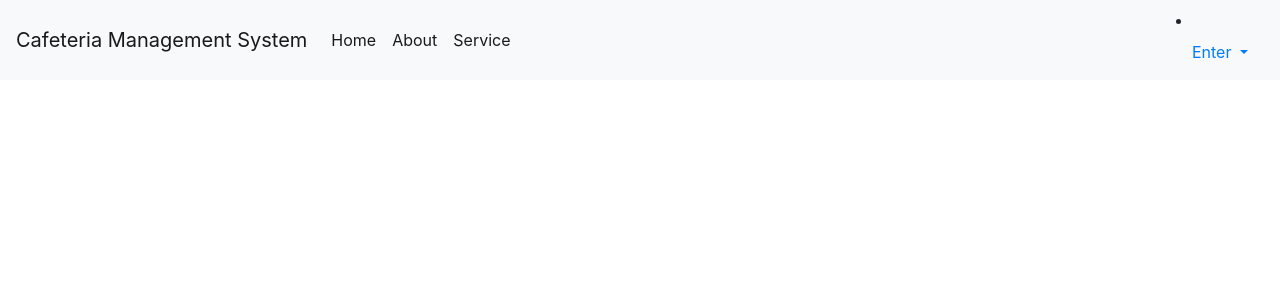
Repository: OsamaRaees/Trivia
Page: http://localhost/Trivia/
An editor plug-in stored every save of this project. The page is shown before and after the next save, followed by the edit.
The browser window is 1280 px wide. The pictures show the whole page.
The page is served by Tomcat 9. Other server files are loaded and not shown.

Above is the page before, as saved 2019-04-05 04:43:19.

### Trivia/WebContent/Main.jsp
<%@ page language="java" contentType="text/html; charset=ISO-8859-1"
    pageEncoding="ISO-8859-1"%>
<!DOCTYPE html>
<html>
<head>
<meta charset="ISO-8859-1">
<link rel="stylesheet" href="https://stackpath.bootstrapcdn.com/bootstrap/4.3.1/css/bootstrap.min.css" integrity="sha384-ggOyR0iXCbMQv3Xipma34MD+dH/1fQ784/j6cY/iJTQUOhcWr7x9JvoRxT2MZw1T" crossorigin="anonymous">
<title>Insert title here</title>
</head>
<body>

<nav class="navbar navbar-expand-lg navbar-light bg-light">
  <a class="navbar-brand" href="#">Cafeteria Management System </a>
  <button class="navbar-toggler" type="button" data-toggle="collapse" data-target="#navbarSupportedContent" aria-controls="navbarSupportedContent" aria-expanded="false" aria-label="Toggle navigation">
    <span class="navbar-toggler-icon"></span>
  </button>

  <div class="collapse navbar-collapse" id="navbarSupportedContent">
    <ul class="navbar-nav mr-auto">
      <li class="nav-item active">
        <a class="nav-link" href="#">Home <span class="sr-only">(current)</span></a>
      </li>

      <li class="nav-item active">
        <a class="nav-link" href="#">About <span class="sr-only">(current)</span></a>
      </li>

       <li class="nav-item active">
        <a class="nav-link" href="#">Service <span class="sr-only">(current)</span></a>
      </li>

    </ul>

    <li class="nav-item dropdown">
        <a class="nav-link dropdown-toggle" href="#" id="navbarDropdownMenuLink" role="button" data-toggle="dropdown" aria-haspopup="true" aria-expanded="false">
          Enter
        </a>
        <div class="dropdown-menu" aria-labelledby="navbarDropdownMenuLink">
          <a class="dropdown-item" href="#">Action</a>
          <a class="dropdown-item" href="#">Another action</a>
          <a class="dropdown-item" href="#">Something else here</a>
        </div>
      </li>

  </div>
</nav>

<script src="https://code.jquery.com/jquery-3.3.1.slim.min.js" integrity="sha384-q8i/X+965DzO0rT7abK41JStQIAqVgRVzpbzo5smXKp4YfRvH+8abtTE1Pi6jizo" crossorigin="anonymous"></script>
<script src="https://cdnjs.cloudflare.com/ajax/libs/popper.js/1.14.7/umd/popper.min.js" integrity="sha384-UO2eT0CpHqdSJQ6hJty5KVphtPhzWj9WO1clHTMGa3JDZwrnQq4sF86dIHNDz0W1" crossorigin="anonymous"></script>
<script src="https://stackpath.bootstrapcdn.com/bootstrap/4.3.1/js/bootstrap.min.js" integrity="sha384-JjSmVgyd0p3pXB1rRibZUAYoIIy6OrQ6VrjIEaFf/nJGzIxFDsf4x0xIM+B07jRM" crossorigin="anonymous"></script>
</body>
</html>

After the next save:
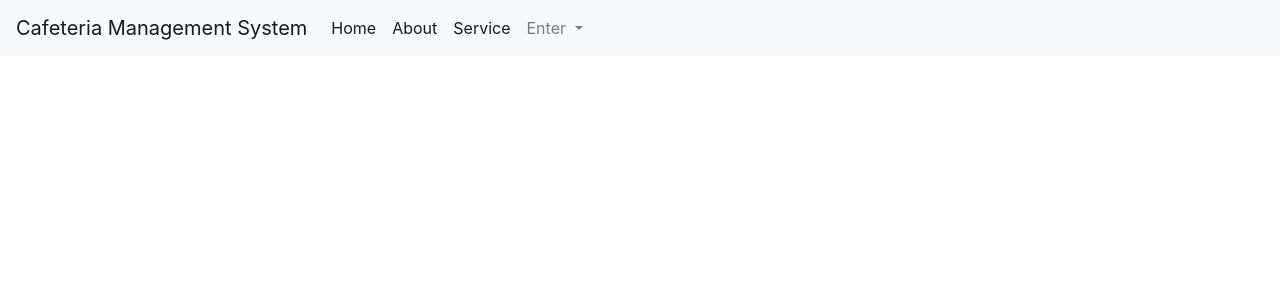
Saved 48 s later.
--- a/Trivia/WebContent/Main.jsp
+++ b/Trivia/WebContent/Main.jsp
@@ -29,9 +29,7 @@
         <a class="nav-link" href="#">Service <span class="sr-only">(current)</span></a>
       </li>
 
-    </ul>
-
-    <li class="nav-item dropdown">
+     <li class="nav-item dropdown">
         <a class="nav-link dropdown-toggle" href="#" id="navbarDropdownMenuLink" role="button" data-toggle="dropdown" aria-haspopup="true" aria-expanded="false">
           Enter
         </a>
@@ -41,6 +39,9 @@
           <a class="dropdown-item" href="#">Something else here</a>
         </div>
       </li>
+    </ul>
+
+
 
   </div>
 </nav>
